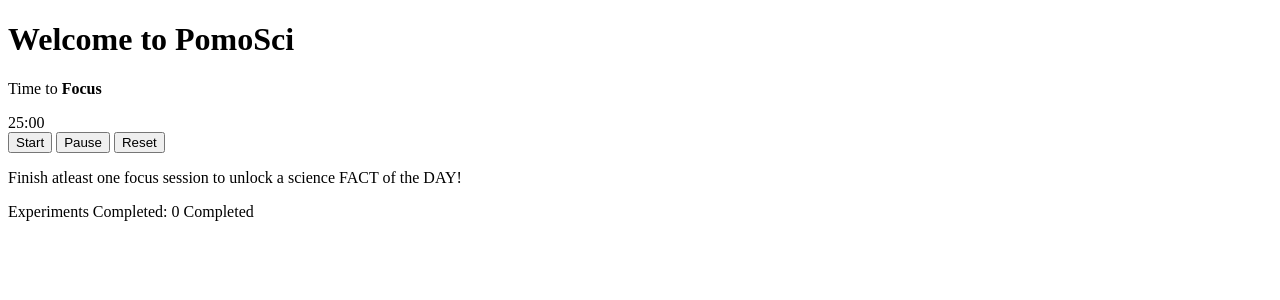
Repository: manayparikh1/Pomosci
Page: index.html
The author's editor kept a copy of each file at every save. The page is drawn from the files as they stood at one save, then again after the next save.
The browser window is 1280 px wide. The pictures show the whole page.

Above is the page before, as saved 2026-11-13 13:03:58.

After the next save:
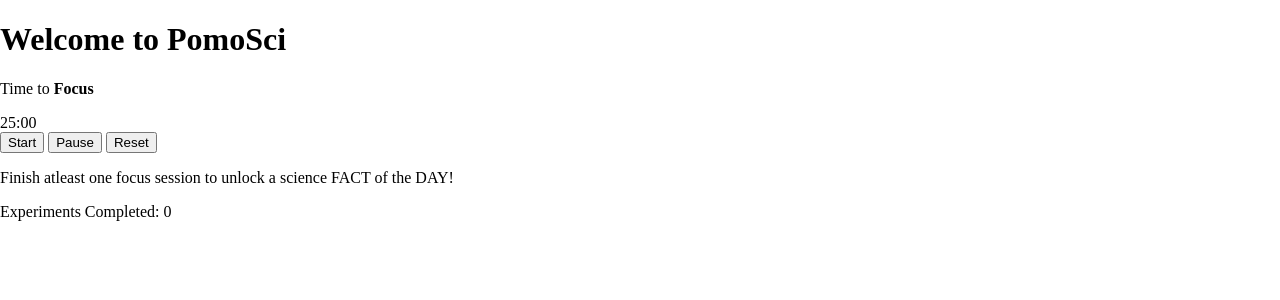
Saved 2 min 31 s later.
--- a/index.html
+++ b/index.html
@@ -28,4 +28,16 @@
             <button onclick="reset()">Reset</button>
 
             <p id="fact">Finish atleast one focus session to unlock a science FACT of the DAY!</p>
-            <p id="count">Experiments Completed: 0 Completed</p>
+            <p id="count">Experiments Completed: 0</p>
+
+            <!-- ====Css--===-->
+
+            <style>
+                body {
+                    margin: 0;
+                    min-height: 85vh;
+                    display: flex;
+
+
+                }
+            </style>
